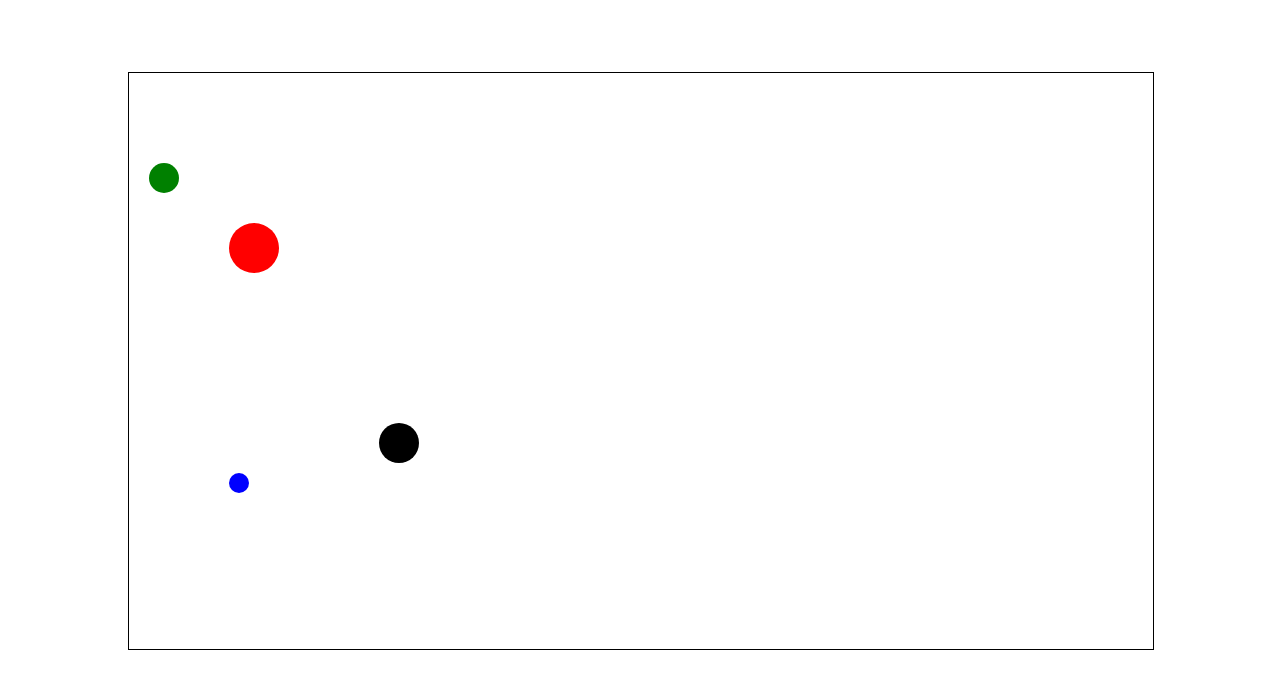
Repository: themoomooo/testgitajout
Page: index.html
These files come from the project's save history. The page is drawn as it stood at one moment and after the next save; the edit follows.
The browser window is 1280 px wide. The pictures show the whole page.

Above is the page before, as saved 2023-01-23 16:52:19.

### index.html
<!DOCTYPE html>
<html lang="en">
<head>
    <meta charset="UTF-8">
    <meta http-equiv="X-UA-Compatible" content="IE=edge">
    <meta name="viewport" content="width=device-width, initial-scale=1.0">
    <title>Document</title>
</head>
<body>
    <main style="position:absolute; top:10%; left:10%; width:80%;height:80%;border:1px solid #000; overflow:hidden"></main>

<script src="main.js"></script>
</body>

</html>

### main.js


let terrain = document.querySelector('main');

class Ball {
    constructor(x,y,width, height, color, radius){
        this.x=x;
        this.y=y;
        this.width = width;
        this.height = height;
        this.color = color;
        this.radius = radius;
        this.monojectDom = null;

        this.setOjectDom();
    }

    setOjectDom(){
        this.monOjectDom = document.createElement('div');
        this.monOjectDom.style = `position:relative ; top:${this.y}px ; left:${this.x}px; width:${this.width}px ; height:${this.height}px ; background:${this.color}; border-radius:${this.radius}px`;
    }
    getOjectDom(){

        return this.monOjectDom;

    }
    move(){
        this.x += 15;
        this.monOjectDom.style.left = `${this.x}px`;
    }

}




class Prog {

   constructor(terrain){
       this.terrain = terrain;
       this.balles = [];

   }
   add(ball){
    this.balles.push(ball);

   }

   run() {
    this.balles.forEach((ball)=>{
        this.terrain.appendChild(ball.getOjectDom());
    });
    /* this.interval = setInterval(this.move(), 1000); */
    }

    move(){
    this.balles[0].move();



   /*  for (let i = 0; i < this.balles.length; i++) {
        this.balles[i].move();
       }
    } */
}
}



const monBallon = new Ball(100,150,50,50,'red',25);
const monBallon2 = new Ball(100,350,20,20,'blue',10);
const monBallon3 = new Ball(20,20,30,30,'green',15);
const monBallon4 = new Ball(250,250,40,40,'black',20);
const monprog = new Prog (terrain);
monprog.add(monBallon);
monprog.add(monBallon2);
monprog.add(monBallon3);
monprog.add(monBallon4);
monprog.run();


/*
document.body.append(monBallon.getOjectDom(), monBallon2.getOjectDom());
 */

After the next save:
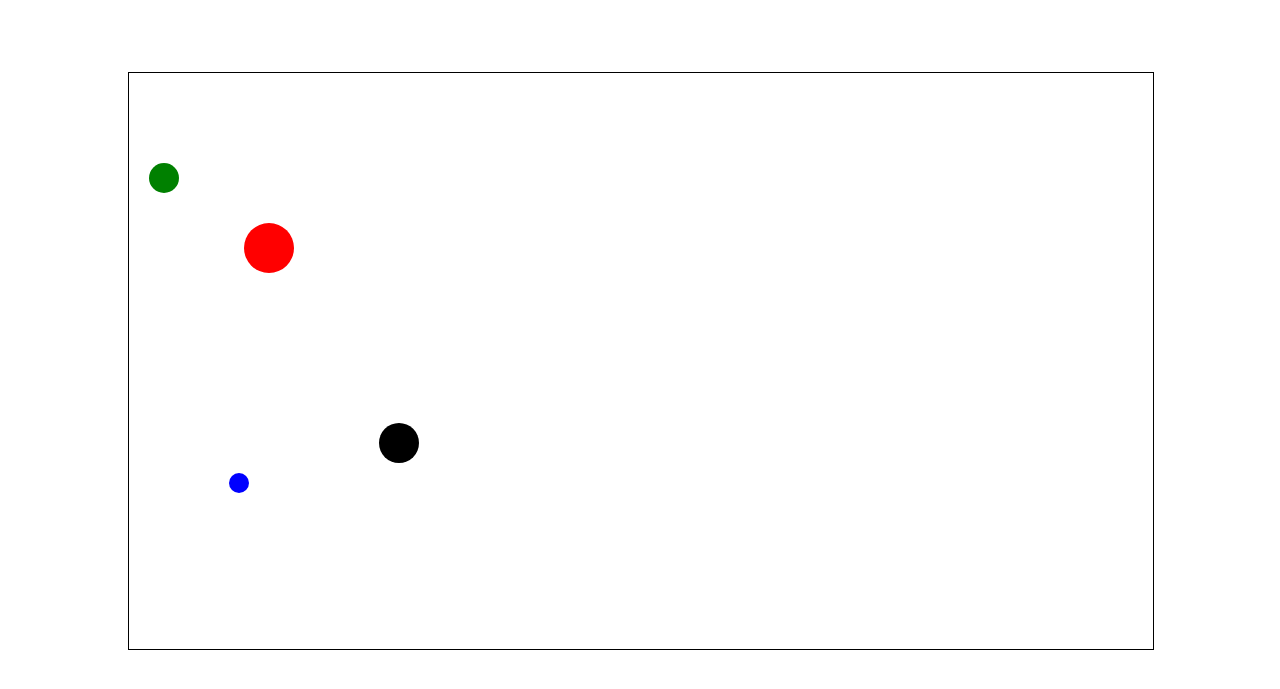
Saved 5 s later.
--- a/main.js
+++ b/main.js
@@ -50,7 +50,7 @@ class Prog {
     this.balles.forEach((ball)=>{
         this.terrain.appendChild(ball.getOjectDom());
     });
-    /* this.interval = setInterval(this.move(), 1000); */
+    this.interval = setInterval(this.move(), 1000);
     }
 
     move(){
